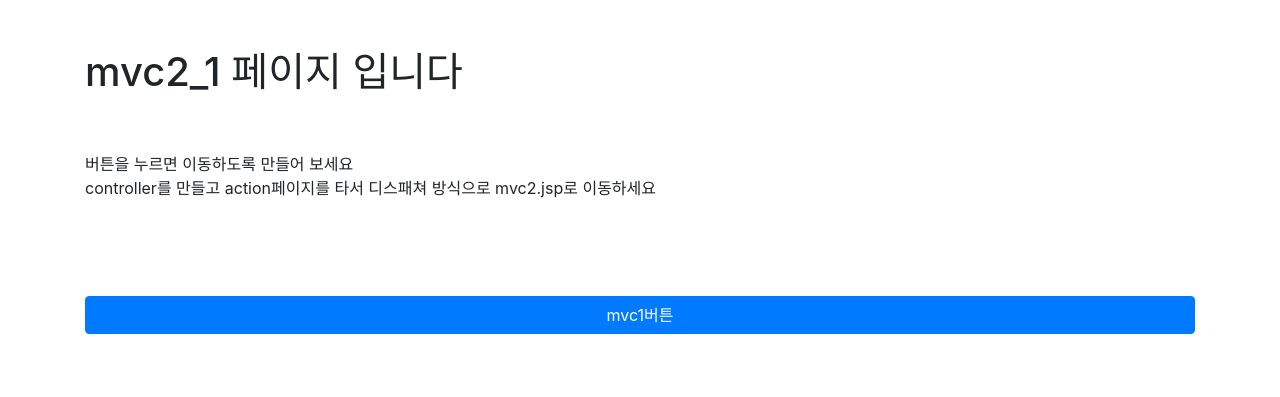
Repository: jaybon1/clone1
Page: http://localhost/sat0613/mvc06_1.jsp
An editor plug-in stored every save of this project. The page is shown before and after the next save, followed by the edit.
The browser window is 1280 px wide. The pictures show the whole page.
The page is served by Tomcat 9.

Above is the page before, as saved 2020-06-10 15:36:45.

After the next save:
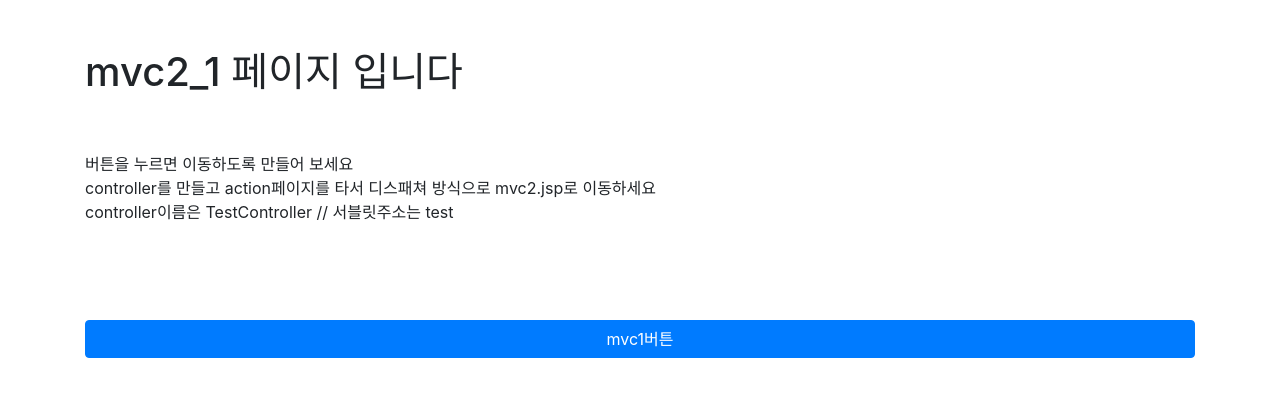
Saved 92 s later.
--- a/sat0613/WebContent/mvc06_1.jsp
+++ b/sat0613/WebContent/mvc06_1.jsp
@@ -18,6 +18,7 @@
 		<br/>
 		<div> 버튼을 누르면 이동하도록 만들어 보세요</div>
 		<div> controller를 만들고 action페이지를 타서 디스패쳐 방식으로 mvc2.jsp로 이동하세요</div>
+		<div> controller이름은 TestController // 서블릿주소는 test</div>
 		<br/>
 		<br/>
 		<br/>

After the save that followed:
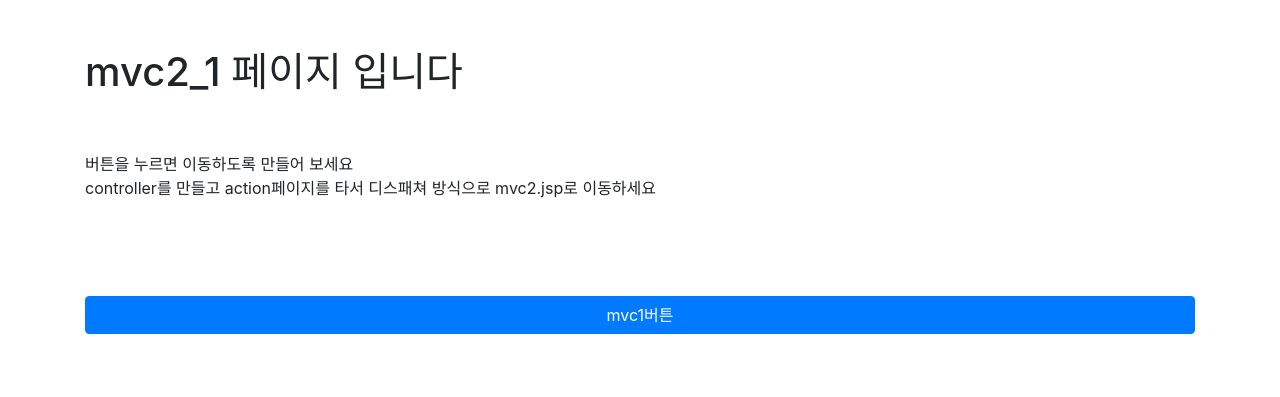
Saved 47 s later.
--- a/sat0613/WebContent/mvc06_1.jsp
+++ b/sat0613/WebContent/mvc06_1.jsp
@@ -18,7 +18,7 @@
 		<br/>
 		<div> 버튼을 누르면 이동하도록 만들어 보세요</div>
 		<div> controller를 만들고 action페이지를 타서 디스패쳐 방식으로 mvc2.jsp로 이동하세요</div>
-		<div> controller이름은 TestController // 서블릿주소는 test</div>
+
 		<br/>
 		<br/>
 		<br/>
